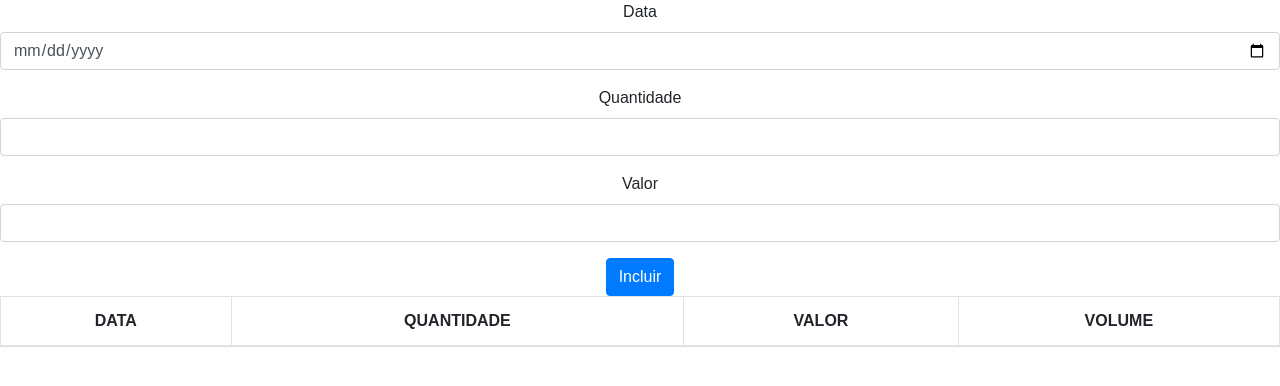
Repository: rornellas/react-scj35
Page: /
The author's editor kept a copy of each file at every save. The page is drawn from the files as they stood at one save, then again after the next save.
The browser window is 1280 px wide. The pictures show the whole page.
The project was rebuilt for these pictures with package versions that can differ from the ones it lists, and the page was loaded fresh each time.

Above is the page before, as saved 2020-04-09 23:31:50.

After the next save:
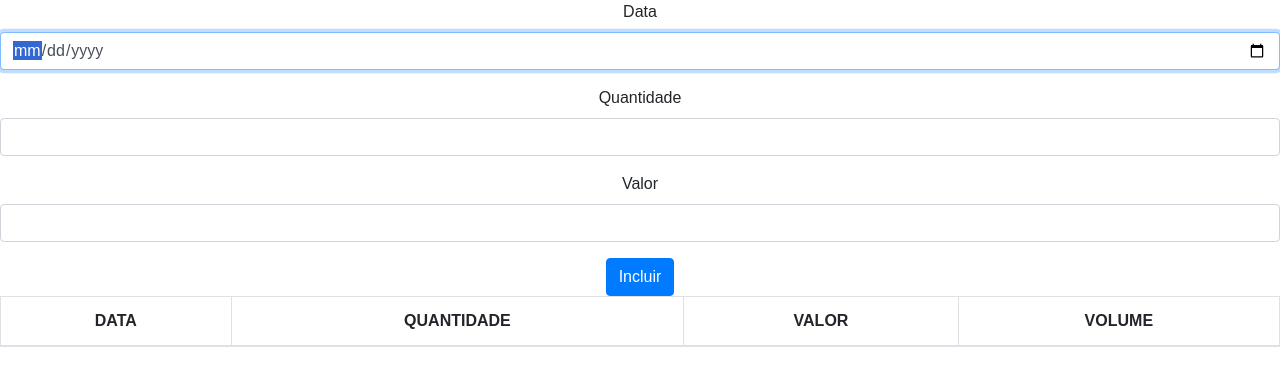
Saved 27 s later.
--- a/src/js/app/components/NegociacaoForm.js
+++ b/src/js/app/components/NegociacaoForm.js
@@ -27,8 +27,8 @@ export default () => {
   return (
     <form className="form" onSubmit={onSubmit}>
       <div className="form-group">
-        <label for="data">Data</label>
-        <input {...data} type="date" id="data" className="form-control" required autofocus />
+        <label htmlFor="data">Data</label>
+        <input {...data} type="date" id="data" className="form-control" required autoFocus />
       </div>
 
       <div className="form-group">
@@ -44,7 +44,7 @@ export default () => {
       </div>
 
       <div className="form-group">
-        <label for="valor">Valor</label>
+        <label htmlFor="valor">Valor</label>
         <input {...valor}
           id="valor"
           type="number"
